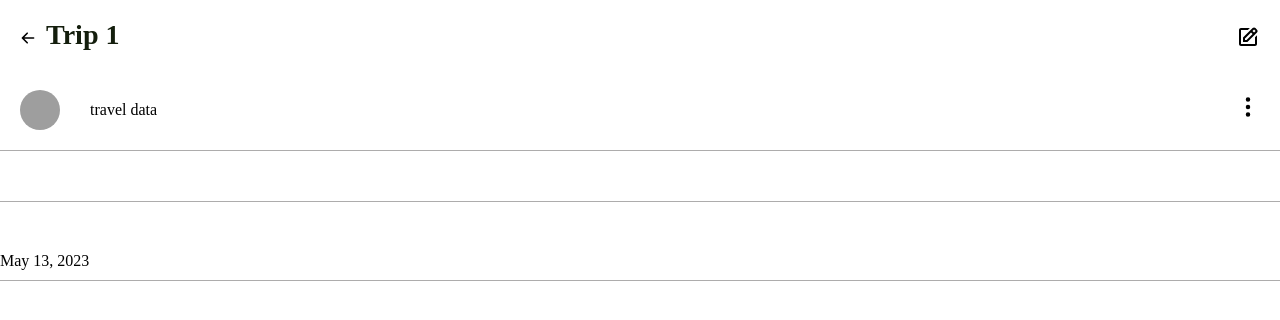
Repository: Abhi2359/PWA_Corider
Page: /
The author's editor kept a copy of each file at every save. The page is drawn from the files as they stood at one save, then again after the next save.
The browser window is 1280 px wide. The pictures show the whole page.
Pictures or frames that could not be fetched are drawn as grey boxes. The page's requests for data from a server got no answer. The project was rebuilt for these pictures with package versions that can differ from the ones it lists, and the page was loaded fresh each time. No one was signed in, and anything a server would have sent is missing. Also part of the build but not shown: vite.config.js.

Above is the page before, as saved 2023-05-13 02:36:47.

After the next save:
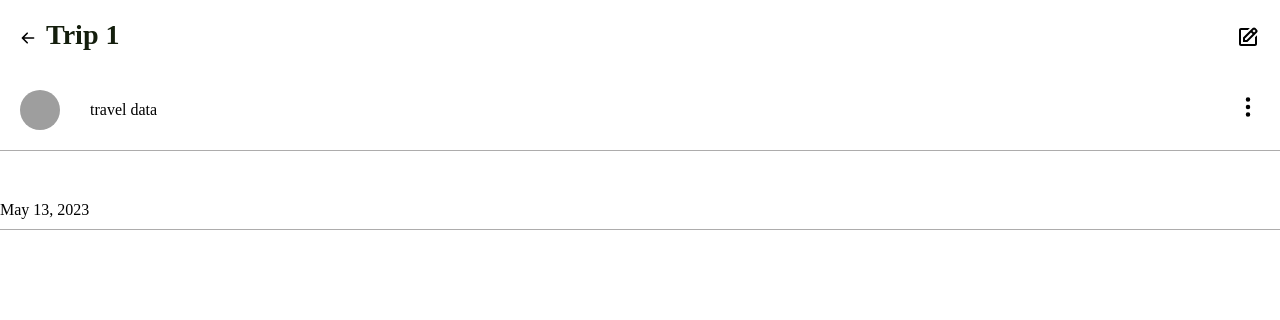
Saved 9 s later.
--- a/src/Header.jsx
+++ b/src/Header.jsx
@@ -32,7 +32,7 @@ const Header = () => {
         </div>
         <div className="line"></div>
         <div className="date_container">
-          <div className="line"></div>
+          <div className="date-line"></div>
           <div className="date">May 13, 2023</div>
           <div className="line"></div>
         </div>
